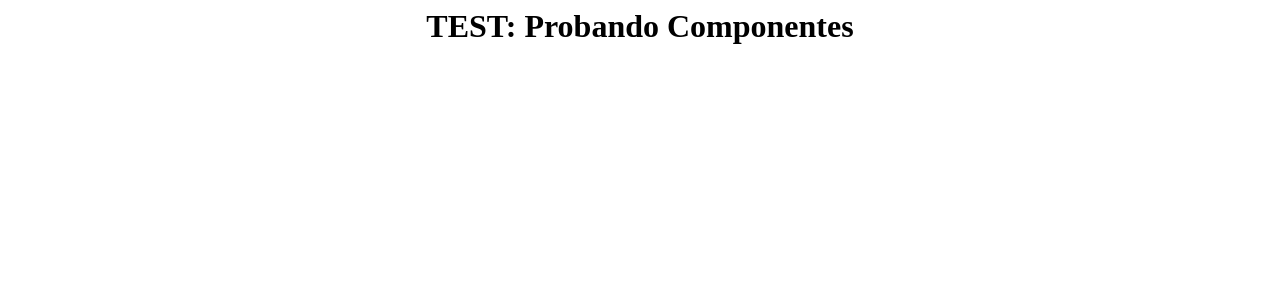
Repository: MatiNicolasur/Academia-de-matematicas
Page: frontend/src/app/app.html
These files come from the project's save history. The page is drawn as it stood at one moment and after the next save; the edit follows.
The browser window is 1280 px wide. The pictures show the whole page.

Above is the page before, as saved 2025-11-13 03:25:17.

After the next save:
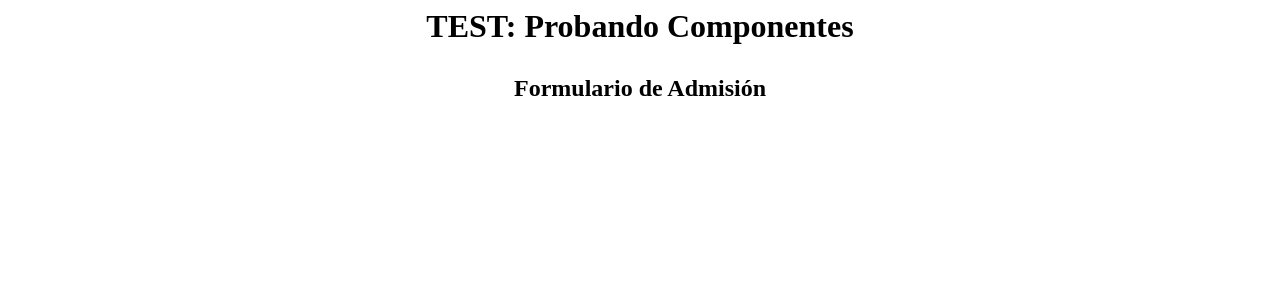
Saved 5 s later.
--- a/frontend/src/app/app.html
+++ b/frontend/src/app/app.html
@@ -3,7 +3,5 @@
 </h1>
 
 <section style="margin-bottom: 50px;">
-  <h2 style="text-align: center;">
-
-  </h2>
+  <h2 style="text-align: center;">Formulario de Admisión</h2>
 </section>
